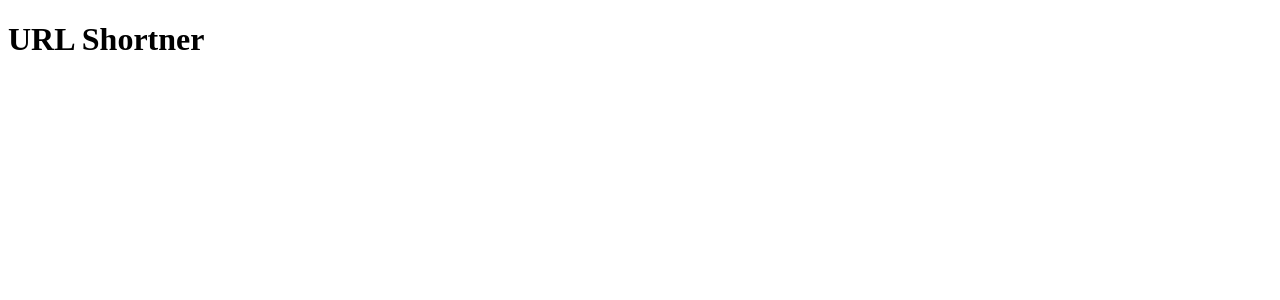
Repository: Mohitkumar1322/URL-Shortner
Page: http://localhost/
The author's editor kept a copy of each file at every save. The page is drawn from the files as they stood at one save, then again after a run of saves.
The browser window is 1280 px wide. The pictures show the whole page.
The page is served by the project's Node server (index.js).

Above is the page before, as saved 2024-07-14 21:03:02.

After the next 4 saves:
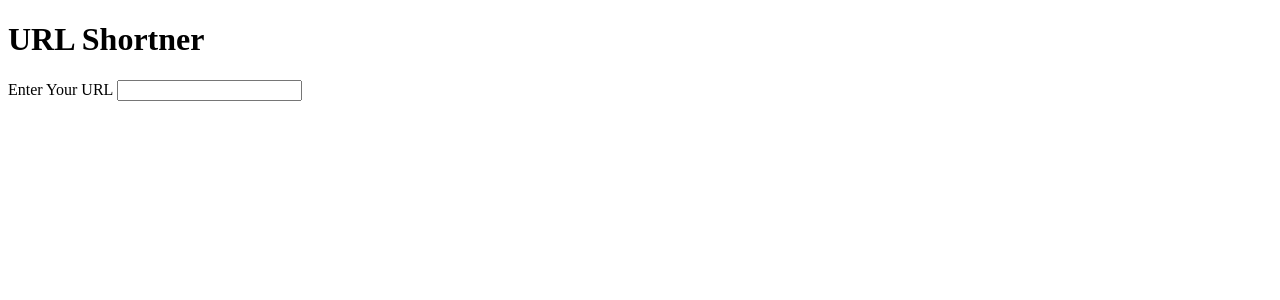
The 4 saves are shown as one change because they came seconds apart.
The last was saved 12 s later.
--- a/views/home.ejs
+++ b/views/home.ejs
@@ -19,8 +19,9 @@
     <div>
         <form>
             <label>
-
+                Enter Your URL
             </label>
+            <input type="text" name="url" id="url">
         </form>
     </div>
 
